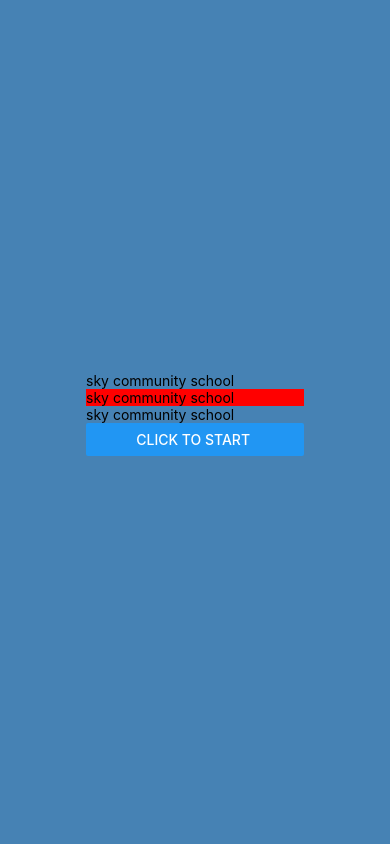
Repository: 2000-Nanayaw/MobileApp
Screen: /
An editor plug-in stored every save of this project. The screen is shown before and after a run of saves, followed by the edit.
The app was drawn by React Native's web renderer in a window 390 px wide. The project was rebuilt for these pictures with package versions that can differ from the ones it lists, and the page was loaded fresh each time.

Above is the screen before, as saved 2023-08-24 02:00:47.

### App.js
import { StatusBar } from 'expo-status-bar';
import { Button, StyleSheet, Text, TextInput, View } from 'react-native';

 function App() {
  return (
    <View style={styles.container}>
      <View>
      <Text>sky community school</Text>
      <Text style={{backgroundColor: "red"}}>sky community school</Text>
      <Text>sky community school</Text>
      <Button title='click to start '/>
      <TextInput />
      </View>
      <StatusBar style="auto" />
    </View>
  );
}

const styles = StyleSheet.create({
  container: {
    flex: 1,
    backgroundColor: 'steelblue',
    alignItems: 'center',
    justifyContent: 'center',

  },
});
export default App;

After the next 5 saves:
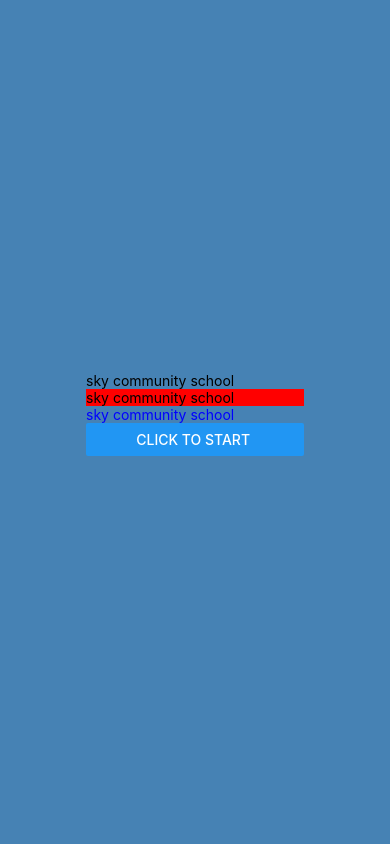
The 5 saves are shown as one change because 4 did not build or start.
The last was saved 9 min 36 s later.
--- a/App.js
+++ b/App.js
@@ -1,5 +1,5 @@
 import { StatusBar } from 'expo-status-bar';
-import { Button, StyleSheet, Text, TextInput, View } from 'react-native';
+import { Button, StyleSheet, Text, TextInput, View, YellowBox } from 'react-native';
 
  function App() {
   return (
@@ -7,7 +7,7 @@ import { Button, StyleSheet, Text, TextInput, View } from 'react-native';
       <View>
       <Text>sky community school</Text>
       <Text style={{backgroundColor: "red"}}>sky community school</Text>
-      <Text>sky community school</Text>
+      <Text style={styles.jsarText}>sky community school</Text>
       <Button title='click to start '/>
       <TextInput />
       </View>
@@ -24,5 +24,10 @@ const styles = StyleSheet.create({
     justifyContent: 'center',
 
   },
+  jsarText:{
+    color: "blue",
+    backgroundColor: "Yellow",
+
+  }
 });
 export default App;
